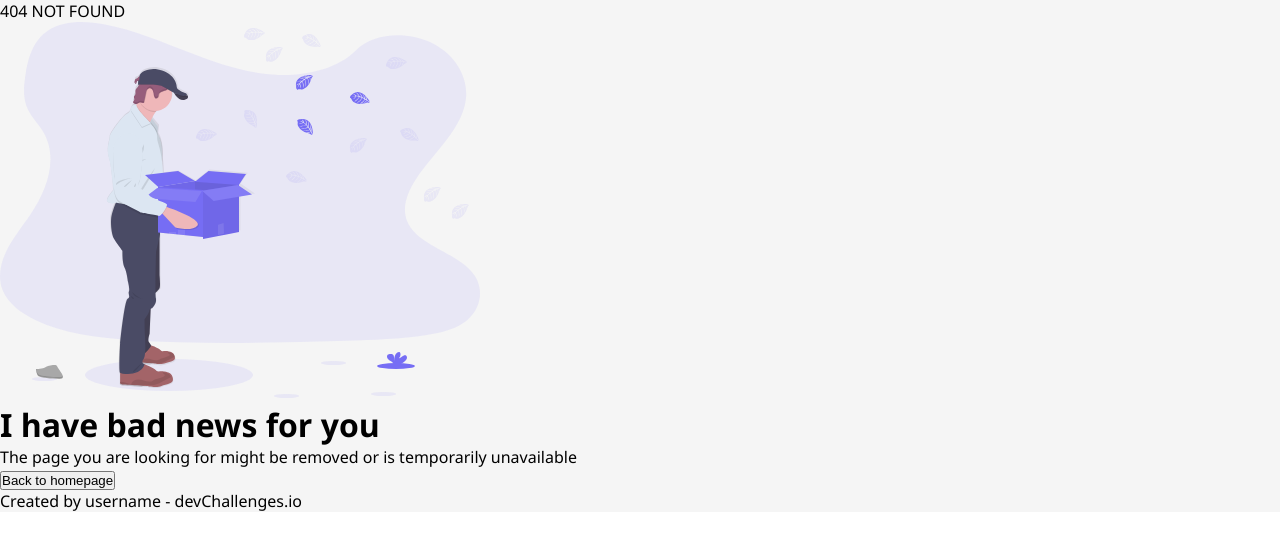
Repository: georgisenze/404-not-found-challeng
Page: index.html
These files come from the project's save history. The page is drawn as it stood at one moment and after a run of saves; the edit follows.
The browser window is 1280 px wide. The pictures show the whole page.

Above is the page before, as saved 2023-02-14 07:22:40.

After the next 7 saves:
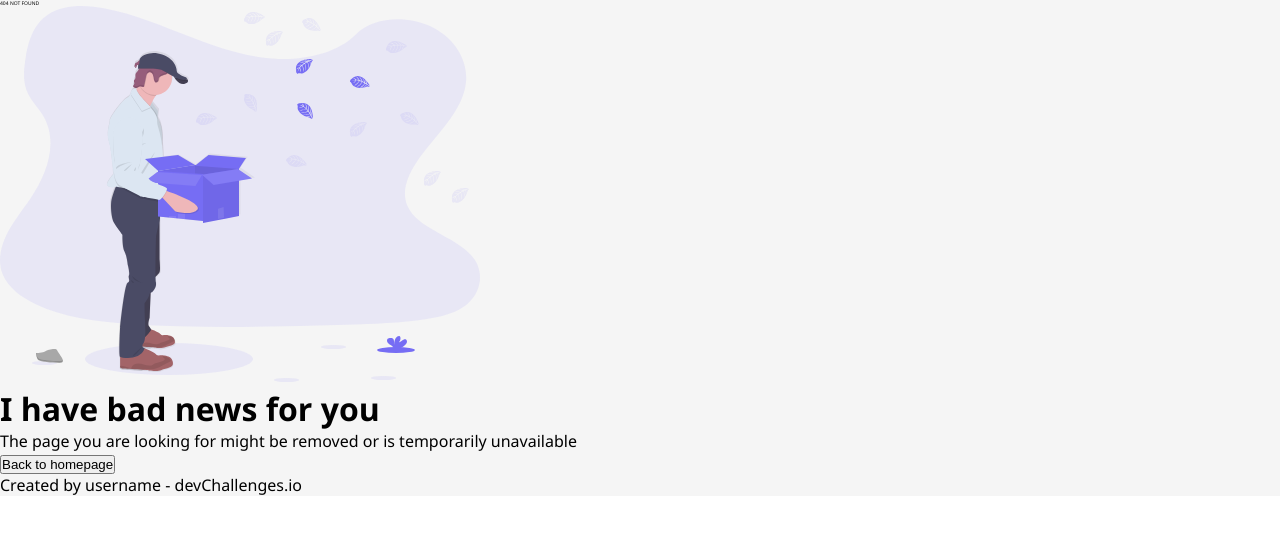
The 7 saves are shown as one change because they came seconds apart.
The last was saved 15 s later.
--- a/assets/css/style.css
+++ b/assets/css/style.css
@@ -13,5 +13,6 @@ body{
 
 header p {
     text-transform: uppercase;
-    font-weight: ;
+    font-weight: 800px;
+    font-size: 5px;
 }
